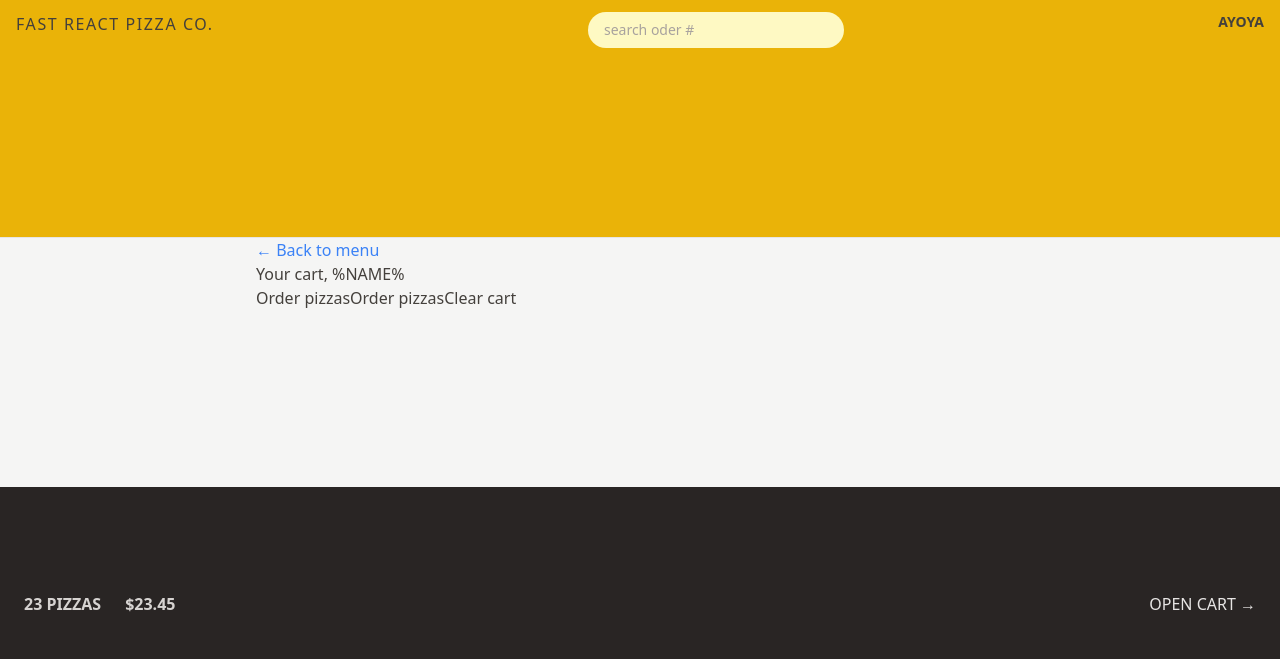
Repository: ayakhaled0001/pizza-delivery
Page: /cart
The author's editor kept a copy of each file at every save. The page is drawn from the files as they stood at one save, then again after the next save.
The browser window is 1280 px wide. The pictures show the whole page.
The project was rebuilt for these pictures with package versions that can differ from the ones it lists, and the page was loaded fresh each time. Also part of the build but not shown: vite.config.js, src/features/user/CreateUser.jsx, src/ui/Home.jsx, src/services/apiRestaurant.jsx, src/utilities/helpers.jsx, src/features/menu/MenuItem.jsx, src/features/menu/Menu.jsx, src/features/order/Order.jsx and 2 more. Imported but missing from the stored project, and not drawn on this page: src/features/order/CreateOrder.

Above is the page before, as saved 2025-05-01 04:56:05.

After the next save:
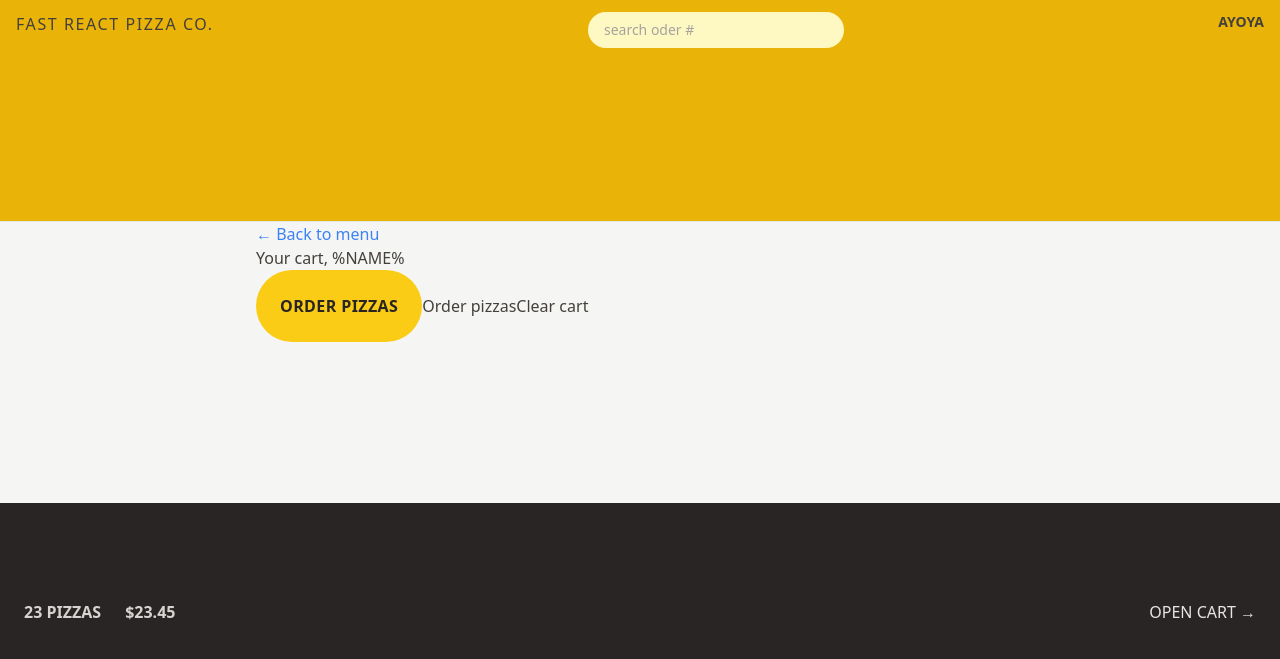
Saved 2 min 31 s later.
--- a/src/ui/Button.jsx
+++ b/src/ui/Button.jsx
@@ -7,9 +7,14 @@ function Button({ disabled, children, to }) {
      rounded-full hover:bg-yellow-300  transition-all duration-300
     focus:outline-none focus:ring focus:ring-yellow-300 focus:ring-offset-2
     disabled:cursor-not-allowed sm:px-6 sm:py-6`;
-  if (to) return <Link to={to}>{children}</Link>;
+  if (to)
+    return (
+      <Link to={to} className={className}>
+        {children}
+      </Link>
+    );
   return (
-    <button disabled={disabled} className="">
+    <button disabled={disabled} className={className}>
       {children}
     </button>
   );
